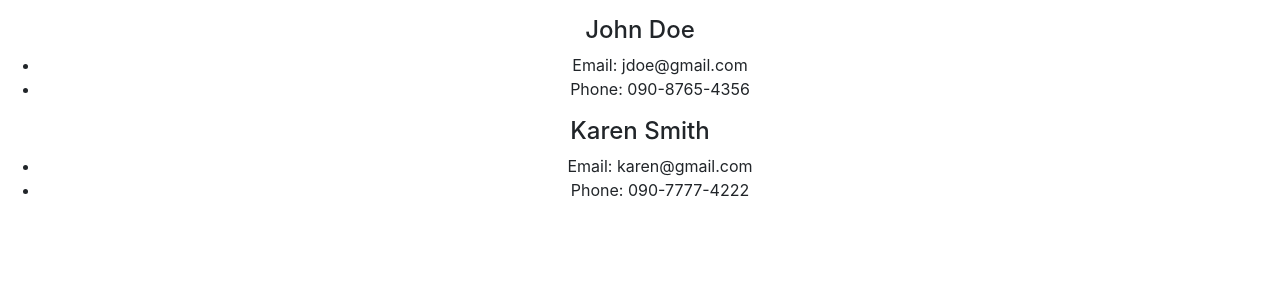
Repository: IkennaU/contactmanager
Page: /
An editor plug-in stored every save of this project. The page is shown before and after the next save, followed by the edit.
The browser window is 1280 px wide. The pictures show the whole page.
The project was rebuilt for these pictures with package versions that can differ from the ones it lists, and the page was loaded fresh each time.

Above is the page before, as saved 2020-07-20 14:35:13.

After the next save:
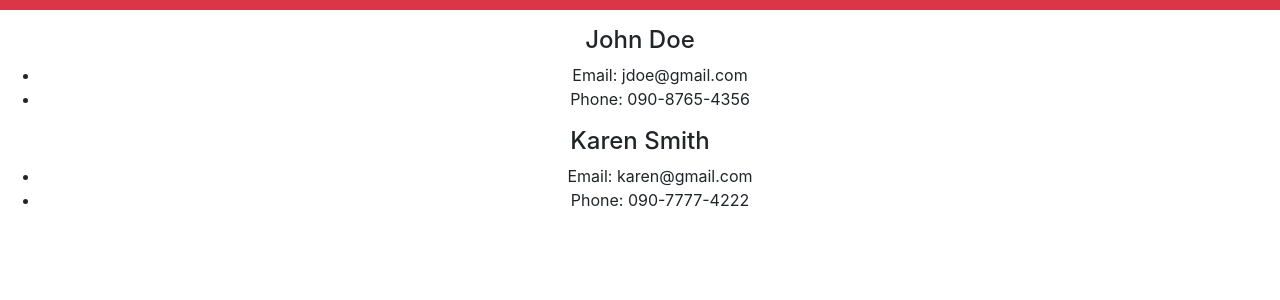
Saved 2 min 4 s later.
--- a/src/components/Header.js
+++ b/src/components/Header.js
@@ -3,7 +3,11 @@ import PropTypes from "prop-types";
 
 function Header(props) {
   return (
-    <nav className="navbar navbar-expand-sm navbar-dark bg-danger mb-3 py-0"></nav>
+    <nav className="navbar navbar-expand-sm navbar-dark bg-danger mb-3 py-0">
+      <div className="container">
+        <a href="/" className="navbar-brand"></a>
+      </div>
+    </nav>
   );
 }
 Header.propTypes = { branding: PropTypes.string.isRequired };
